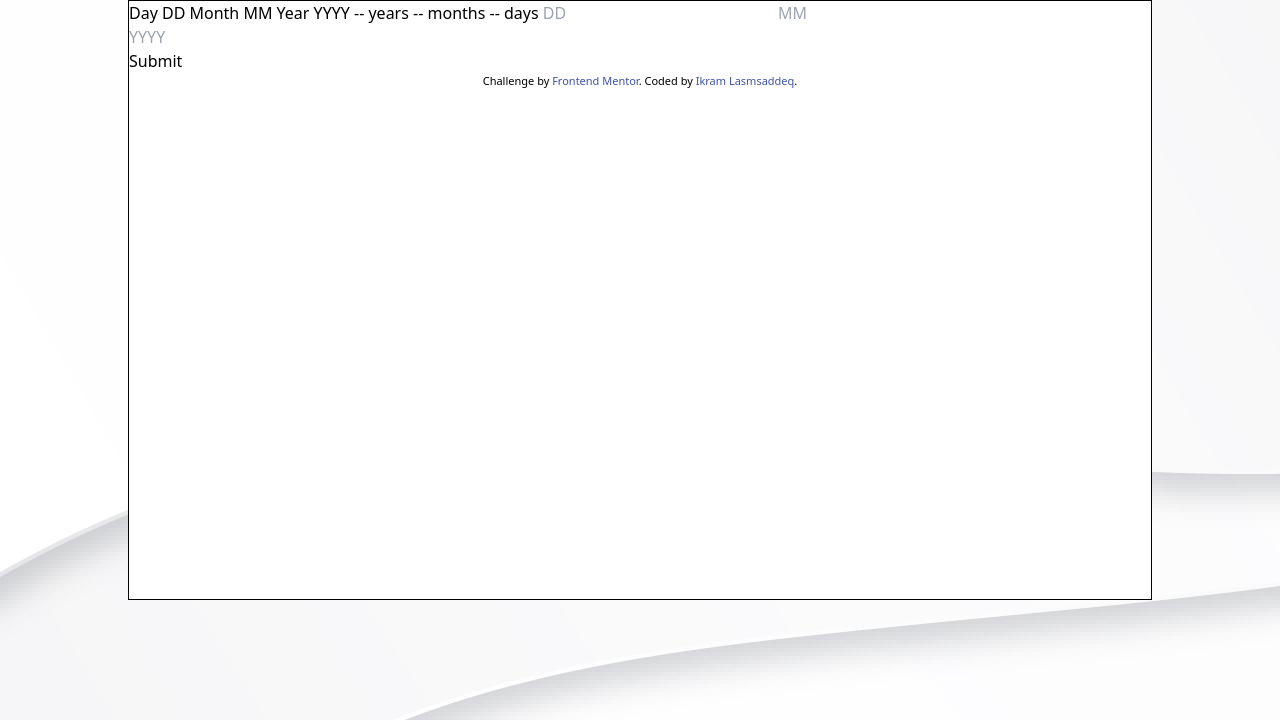
Repository: ikram-lisa/age-display
Page: /
These files come from the project's save history. The page is drawn as it stood at one moment and after the next save; the edit follows.
The browser window is 1280 px wide. The pictures show the whole page.
Some web libraries are served in a nearby version. The project was rebuilt for these pictures with package versions that can differ from the ones it lists, and the page was loaded fresh each time.

Above is the page before, as saved 2024-04-30 15:17:56.

After the next save:
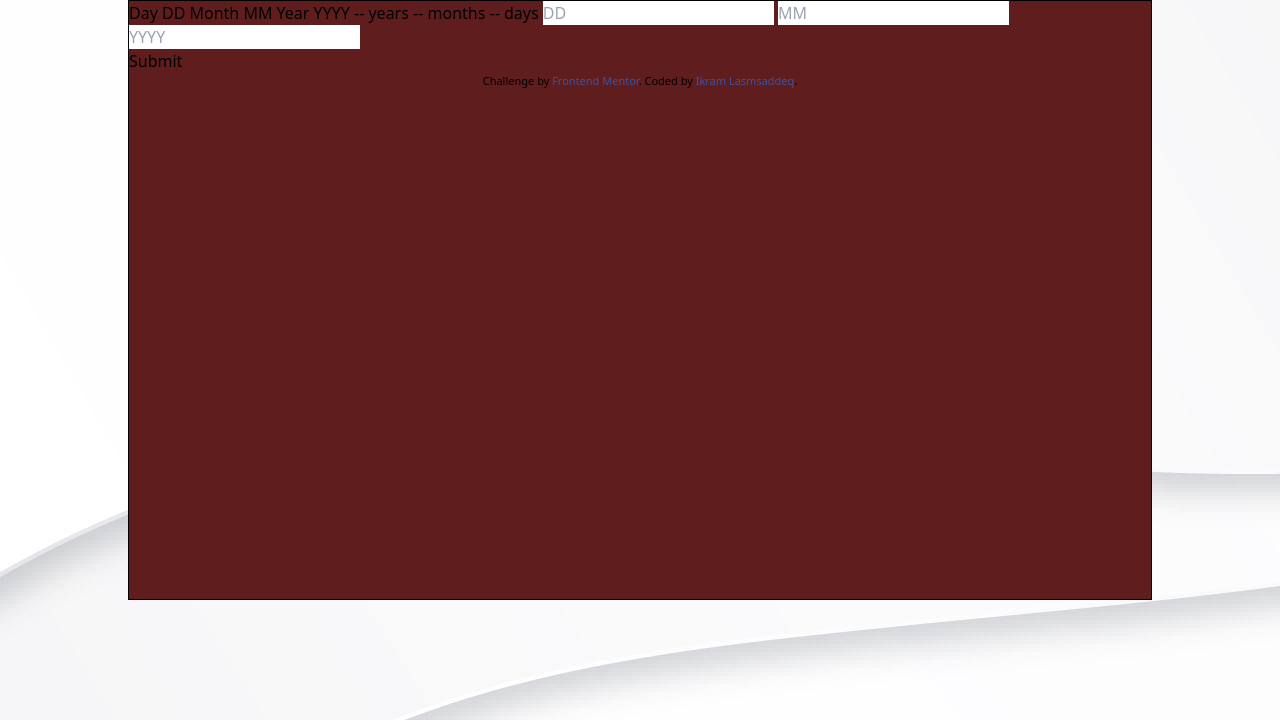
Saved 49 s later.
--- a/css/style.scss
+++ b/css/style.scss
@@ -15,7 +15,7 @@ body {
     width: 80%;
     height: 600px;
     margin: 0 auto;
-    background-color: white;
+    background-color: rgb(96, 29, 29);
     border: 1px solid black;
   }
 }
